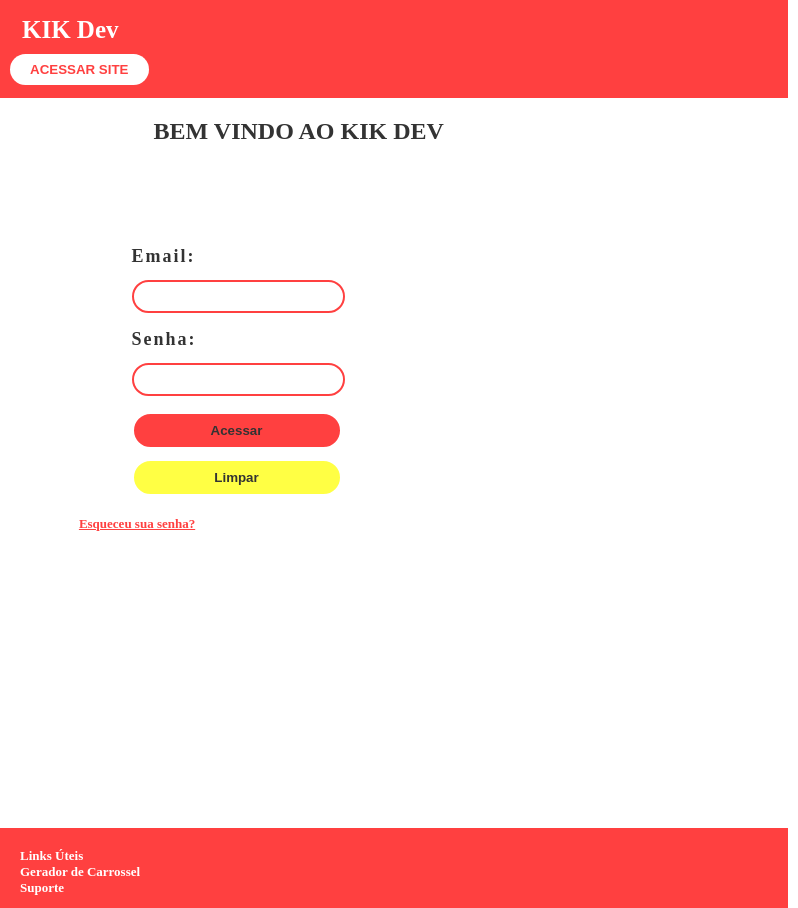
Repository: devgabrielvieira/kikdev
Page: index.html
The author's editor kept a copy of each file at every save. The page is drawn from the files as they stood at one save, then again after the next save.
The browser window is 768 px wide. The page is 788 px wide, then 798 px, so the pictures cover 798 px, including what lies to the right of the window. The pictures show the whole page.

Above is the page before, as saved 2022-10-30 18:42:43.

After the next save:
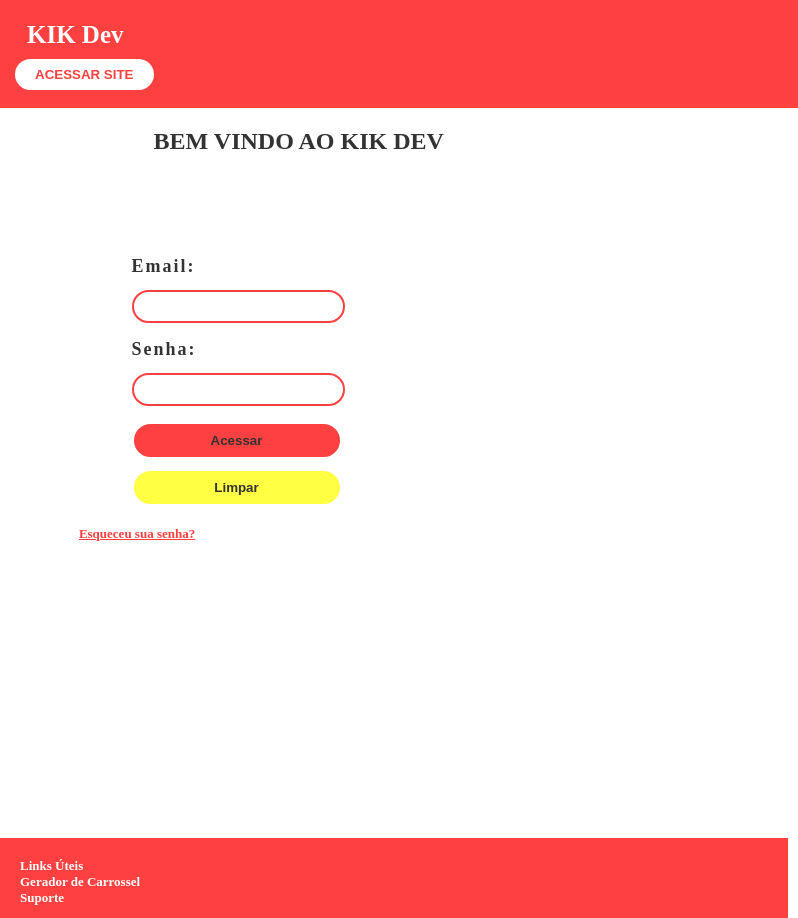
Saved 9 s later.
--- a/style-mobile.css
+++ b/style-mobile.css
@@ -14,9 +14,9 @@
     }
 
     .header-index {
-        /* overflow: hidden;
+        overflow: hidden;
         background-color: #FF4040;
-        padding: 10px 15px; */
+        padding: 10px 15px;
 
         /* display: block; */
         /* position: fixed; */
